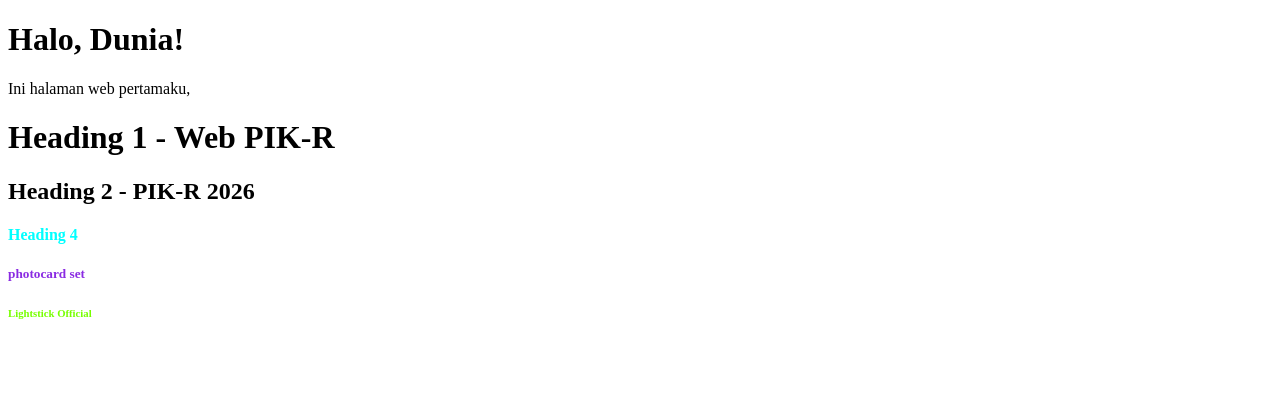
Repository: sekartazivi/241552010020-Web-Application-Development
Page: test.html
An editor plug-in stored every save of this project. The page is shown before and after the next save, followed by the edit.
The browser window is 1280 px wide. The pictures show the whole page.

Above is the page before, as saved 2026-02-20 08:33:38.

### test.html
<!DOCTYPE html>
<html lang="en">
<head>
    <meta charset="UTF-8">
    <meta name="viewport" content="width=device-width, initial-scale=<,>">
    <title>Document</title>
</head>
<body>
    <h1>Halo, Dunia!</h1>
    <p>Ini halaman web pertamaku,</p>
    <h1>Heading 1 - Web PIK-R</h1>
    <h2>Heading 2 - PIK-R 2026</h2>
    <h3 style="color: ;"Heading 3</h3>
    <h4 style="color: aqua;" >Heading 4</h4>
    <h5 style="color: blueviolet;">photocard set</h5>
    <h6 style="color: rgb(119, 255, 0);">Lightstick Official</h6>
</body>
</html>

After the next save:
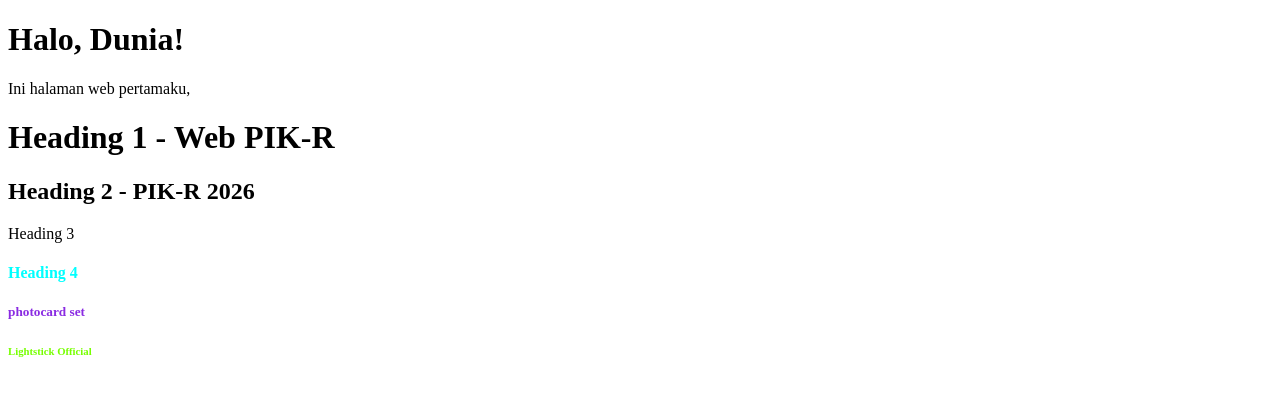
Saved 10 s later.
--- a/test.html
+++ b/test.html
@@ -10,7 +10,7 @@
     <p>Ini halaman web pertamaku,</p>
     <h1>Heading 1 - Web PIK-R</h1>
     <h2>Heading 2 - PIK-R 2026</h2>
-    <h3 style="color: ;"Heading 3</h3>
+    <h3 style="color: ;"></h3>Heading 3</h3>
     <h4 style="color: aqua;" >Heading 4</h4>
     <h5 style="color: blueviolet;">photocard set</h5>
     <h6 style="color: rgb(119, 255, 0);">Lightstick Official</h6>
